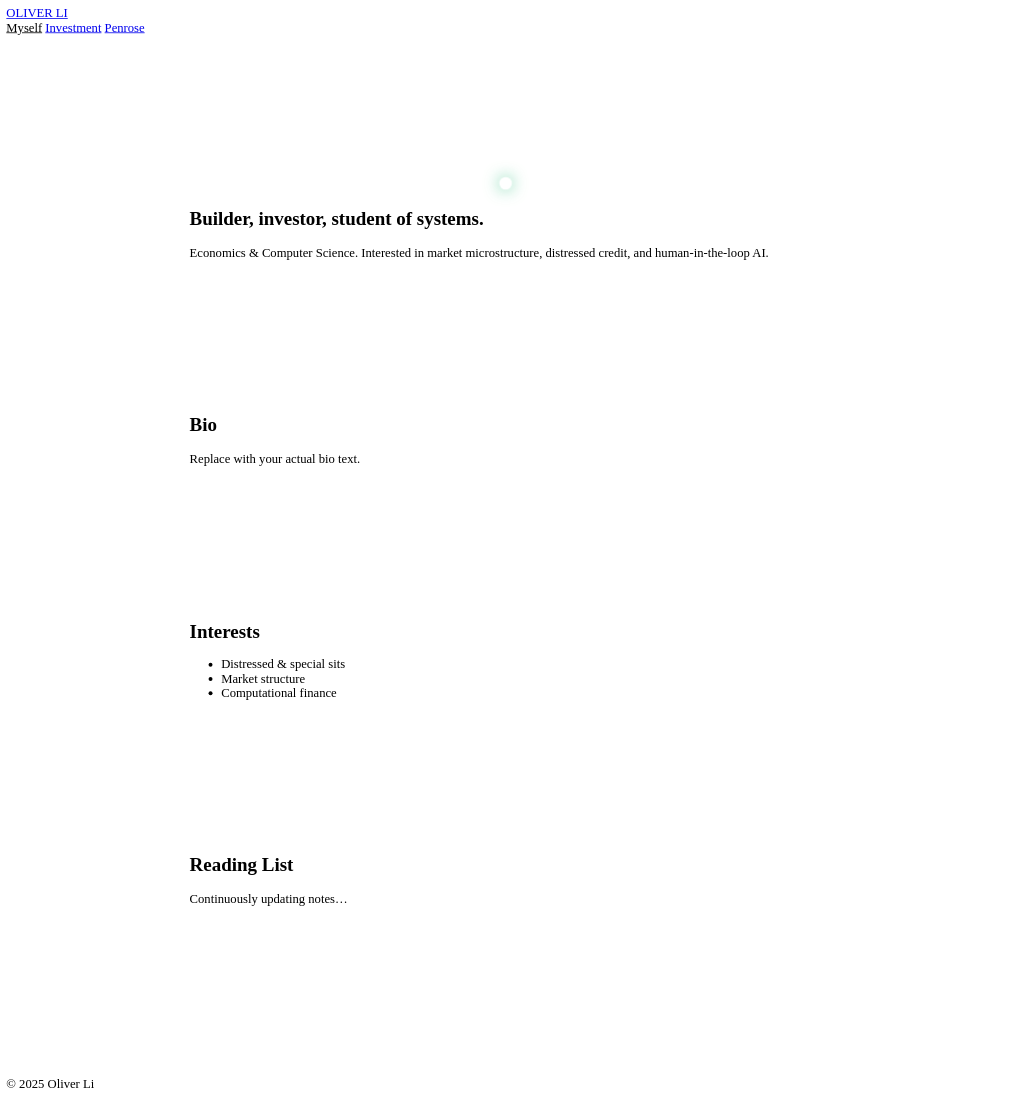
Repository: oliverli1728/portfolio
Page: index.html
The author's editor kept a copy of each file at every save. The page is drawn from the files as they stood at one save, then again after the next save.
The browser window is 1280 px wide. The pictures show the whole page, at 79% of full size.

Above is the page before, as saved 2025-09-25 22:30:03.

### index.html
<!DOCTYPE html>
<html lang="en">
<head>
  <meta charset="utf-8" />
  <meta name="viewport" content="width=device-width, initial-scale=1" />
  <title>Oliver Li</title>
  <link rel="stylesheet" href="style.css" />
  <link rel="stylesheet" href="mediaqueries.css" />
  <link rel="preconnect" href="https://fonts.googleapis.com">
  <link rel="preconnect" href="https://fonts.gstatic.com" crossorigin>
  <link href="https://fonts.googleapis.com/css2?family=Inter:wght@300;400;600;700&display=swap" rel="stylesheet">
</head>
<body>
  <header class="site-header">
    <a class="brand" href="#myself">OLIVER&nbsp;LI</a>
    <nav class="nav">
      <a href="#myself" class="tab-link active">Myself</a>
      <a href="#investment" class="tab-link">Investment</a>
      <a href="#penrose" class="tab-link">Penrose</a>
    </nav>
  </header>

  <!-- Particle rail (center) -->
  <div class="particle-track" aria-hidden="true">
    <div class="particle" id="particle"></div>
  </div>

  <main>
    <!-- Myself page -->
    <section id="myself" class="tab-content active">
      <div class="panel" data-fade>
        <h1>Builder, investor, student of systems.</h1>
        <p>Economics & Computer Science. Interested in market microstructure, distressed credit, and human-in-the-loop AI.</p>
      </div>
      <div class="panel" data-fade>
        <h2>Bio</h2>
        <p>Replace with your actual bio text.</p>
      </div>
      <div class="panel" data-fade>
        <h2>Interests</h2>
        <ul>
          <li>Distressed & special sits</li>
          <li>Market structure</li>
          <li>Computational finance</li>
        </ul>
      </div>
      <div class="panel" data-fade>
        <h2>Reading List</h2>
        <p>Continuously updating notes…</p>
      </div>
    </section>

    <!-- Investment page -->
    <section id="investment" class="tab-content">
      <h2>Investment Notes</h2>
      <p>Content here (cards, theses, etc.).</p>
    </section>

    <!-- Penrose page -->
    <section id="penrose" class="tab-content">
      <div class="penrose-container">
        <img src="assets/penrose-logo.png" alt="Penrose logo" class="penrose-animated" />
        <p>Paradox, perspective, conviction.</p>
      </div>
    </section>
  </main>

  <footer class="site-footer">
    <span>© <span id="year"></span> Oliver Li</span>
  </footer>

  <script src="script.js"></script>
</body>
</html>

### style.css
/* Tabs */
.tab-content{ display:none; min-height:100vh; padding:80px 20px; }
.tab-content.active{ display:block; }
.tab-link.active{ color:var(--accent); }

/* Particle center track */
.particle-track{ position:fixed; top:0; left:50%; width:2px; height:100%; background:linear-gradient(var(--rail), transparent); z-index:0; transform:translateX(-50%); }
.particle{ position:fixed; left:50%; top:20vh; width:16px; height:16px; border-radius:50%; background:radial-gradient(circle at 30% 30%, #b7ffd8, var(--accent)); box-shadow:0 0 20px rgba(26,183,116,.7); transform:translate(-50%,0); }

/* Fade-in panels */
[data-fade]{ opacity:0; transform:translateY(24px); transition: opacity .8s ease, transform .8s ease; }
[data-fade].in-view{ opacity:1; transform:none; }

.panel{ margin:80px auto; max-width:800px; background:var(--elev); padding:40px; border-radius:var(--radius); box-shadow:var(--shadow); }

/* Penrose animation */
.penrose-container{ display:flex; flex-direction:column; align-items:center; justify-content:center; height:100vh; }
.penrose-animated{ width:320px; animation: float 5s ease-in-out infinite, rotate 30s linear infinite; }
@keyframes float{ 0%,100%{ transform:translateY(0); } 50%{ transform:translateY(-20px); } }
@keyframes rotate{ 0%{ transform:rotate(0deg); } 100%{ transform:rotate(360deg); } }

### mediaqueries.css
/* Breakpoints: 900px & 600px */
@media (max-width: 900px){
  .hero-grid{ grid-template-columns: 1fr; }
  .split{ grid-template-columns: 1fr; }
  .grid-3{ grid-template-columns: 1fr 1fr; }
  .penrose-wrap{ grid-template-columns: 1fr; }
}

@media (max-width: 600px){
  .nav{ display:none }
  .hamburger{ display:block }
  .grid-3{ grid-template-columns: 1fr }
  .cards{ grid-template-columns: 1fr }
}
```

### script.js
// Tab switching with deep-link support
const tabs = document.querySelectorAll('.tab-link');
const contents = document.querySelectorAll('.tab-content');

function activateTab(id){
  tabs.forEach(t => t.classList.remove('active'));
  contents.forEach(c => c.classList.remove('active'));
  const targetTab = document.querySelector(`.tab-link[href='${id}']`);
  const targetContent = document.querySelector(id);
  if(targetTab && targetContent){
    targetTab.classList.add('active');
    targetContent.classList.add('active');
    window.scrollTo({ top:0, behavior:'smooth' });
  }
}

function initTabs(){
  tabs.forEach(tab => {
    tab.addEventListener('click', e => {
      e.preventDefault();
      const id = tab.getAttribute('href');
      activateTab(id);
      history.pushState(null, '', id);
    });
  });
}

window.addEventListener('DOMContentLoaded', () => {
  const hash = window.location.hash || '#myself';
  activateTab(hash);
  initTabs();
  document.getElementById('year').textContent = new Date().getFullYear();
});

window.addEventListener('popstate', () => {
  const hash = window.location.hash || '#myself';
  activateTab(hash);
});

// Particle curved motion
const particle = document.getElementById('particle');
window.addEventListener('scroll', () => {
  const scrollTop = window.scrollY;
  const docHeight = document.documentElement.scrollHeight - window.innerHeight;
  const pct = docHeight > 0 ? scrollTop / docHeight : 0;
  const trackHeight = window.innerHeight - 160;
  const y = 80 + pct * trackHeight;
  const xOffset = Math.sin(pct * Math.PI * 2) * 40; // sinusoidal curve
  particle.style.transform = `translate(calc(-50% + ${xOffset}px), ${y}px)`;
});

// Fade-in on scroll
const faders = document.querySelectorAll('[data-fade]');
const io = new IntersectionObserver(entries => {
  entries.forEach(entry => {
    if(entry.isIntersecting) entry.target.classList.add('in-view');
  });
},{ threshold:0.2 });
faders.forEach(el => io.observe(el));

After the next save:
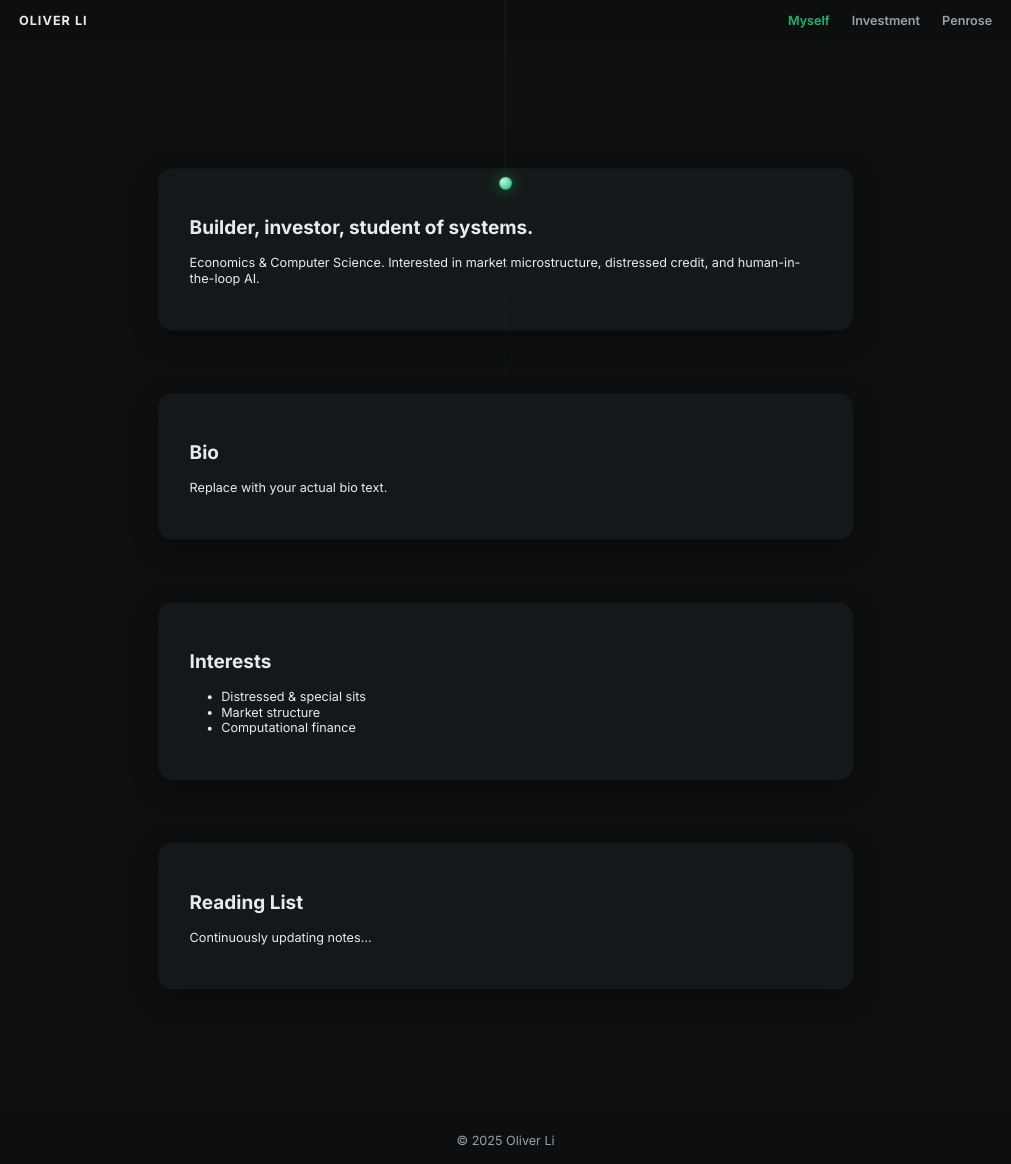
Saved 1 s later.
--- a/style.css
+++ b/style.css
@@ -1,20 +1,51 @@
-/* Tabs */
+:root{
+  --bg:#0d0f10;
+  --elev:#15181a;
+  --muted:#98a2ad;
+  --text:#e8ebee;
+  --accent:#1ab774;
+  --accent-2:#0f8054;
+  --rail:#0e2a22;
+  --radius:18px;
+  --shadow:0 10px 30px rgba(0,0,0,.35);
+}
+
+body{
+  margin:0;
+  font-family:Inter,system-ui,sans-serif;
+  background:var(--bg);
+  color:var(--text);
+  scroll-behavior:smooth;
+}
+
+.site-header{
+  position:sticky; top:0; display:flex; justify-content:space-between; align-items:center;
+  padding:16px 24px; backdrop-filter:blur(6px);
+  background:rgba(13,15,16,0.85);
+  border-bottom:1px solid #111;
+}
+.brand{ color:var(--text); font-weight:700; text-decoration:none; letter-spacing:.08em; }
+.nav{ display:flex; gap:28px; }
+.tab-link{ color:var(--muted); text-decoration:none; font-weight:600; }
+.tab-link.active{ color:var(--accent); }
+
 .tab-content{ display:none; min-height:100vh; padding:80px 20px; }
 .tab-content.active{ display:block; }
-.tab-link.active{ color:var(--accent); }
 
-/* Particle center track */
-.particle-track{ position:fixed; top:0; left:50%; width:2px; height:100%; background:linear-gradient(var(--rail), transparent); z-index:0; transform:translateX(-50%); }
+/* Particle */
+.particle-track{ position:fixed; top:0; left:50%; width:2px; height:100%; background:linear-gradient(var(--rail),transparent); transform:translateX(-50%); z-index:0; }
 .particle{ position:fixed; left:50%; top:20vh; width:16px; height:16px; border-radius:50%; background:radial-gradient(circle at 30% 30%, #b7ffd8, var(--accent)); box-shadow:0 0 20px rgba(26,183,116,.7); transform:translate(-50%,0); }
 
-/* Fade-in panels */
+/* Panels */
+.panel{ margin:80px auto; max-width:800px; background:var(--elev); padding:40px; border-radius:var(--radius); box-shadow:var(--shadow); }
 [data-fade]{ opacity:0; transform:translateY(24px); transition: opacity .8s ease, transform .8s ease; }
 [data-fade].in-view{ opacity:1; transform:none; }
-
-.panel{ margin:80px auto; max-width:800px; background:var(--elev); padding:40px; border-radius:var(--radius); box-shadow:var(--shadow); }
 
 /* Penrose animation */
 .penrose-container{ display:flex; flex-direction:column; align-items:center; justify-content:center; height:100vh; }
 .penrose-animated{ width:320px; animation: float 5s ease-in-out infinite, rotate 30s linear infinite; }
 @keyframes float{ 0%,100%{ transform:translateY(0); } 50%{ transform:translateY(-20px); } }
 @keyframes rotate{ 0%{ transform:rotate(0deg); } 100%{ transform:rotate(360deg); } }
+
+/* Footer */
+.site-footer{ text-align:center; padding:20px; border-top:1px solid #111; background:#0c0e0f; color:var(--muted); }
